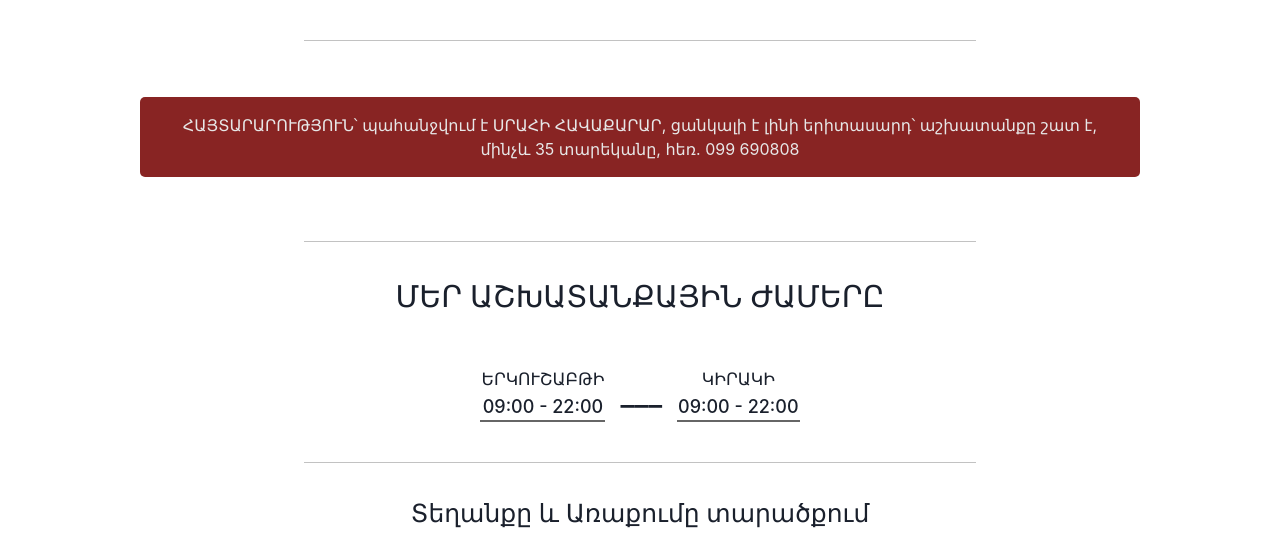
Repository: vahemar/xars
Page: /
The author's editor kept a copy of each file at every save. The page is drawn from the files as they stood at one save, then again after the next save.
The browser window is 1280 px wide. The pictures show the part of the page from y = 720 to 1263 px (the page is 3406 px tall before and 3430 px after).
Pictures or frames that could not be fetched are drawn as grey boxes. Some web fonts or font styles are not loaded; a fallback is used. Some web libraries are served in a nearby version. The project was rebuilt for these pictures with package versions that can differ from the ones it lists, and the page was loaded fresh each time. Also part of the build but not shown: vite.config.js, src/pages/Home/Delivery/index.jsx, src/pages/Menu/index.jsx.

Above is the page before, as saved 2025-06-18 00:48:10.

After the next save:
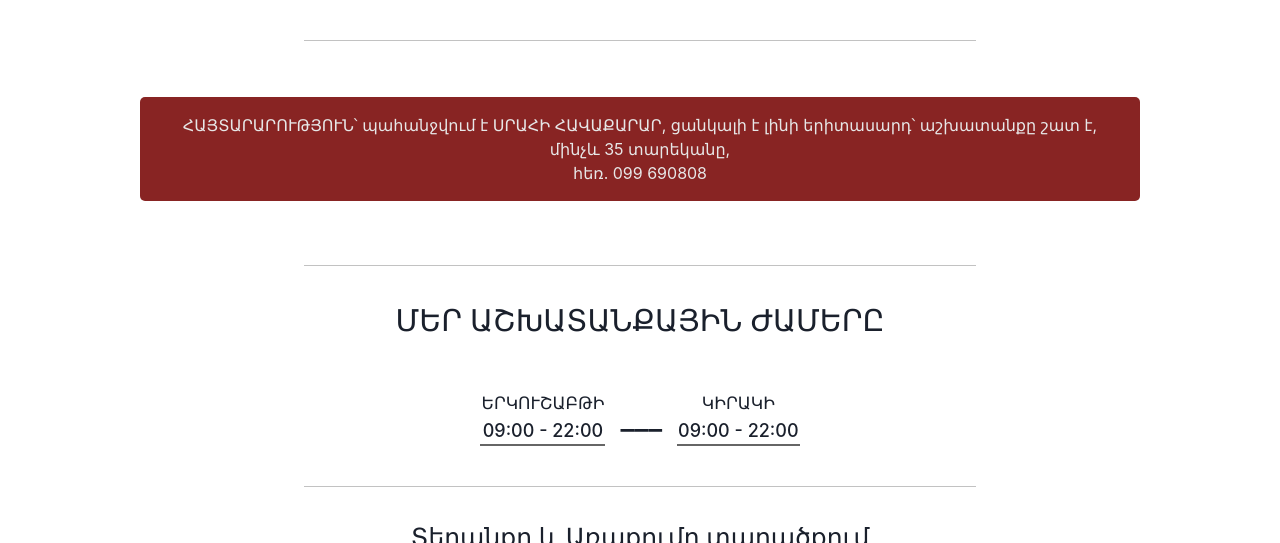
Saved 7 s later.
--- a/src/pages/Home/Attention/index.jsx
+++ b/src/pages/Home/Attention/index.jsx
@@ -5,7 +5,7 @@ function Attention() {
   return (
     <Flex mt={6} borderRadius={'5px'} p={4} maxW={'1000px'} w={'full'} bg={'#882423'} direction={'column'} justify={'center'} align={'center'}>
         <a href='tel:099690808'>
-        <Text color={'#E7E7E7'} _hover={{color: 'white'}} transition={'0.2s'} textAlign={'center'} cursor={'pointer'}>ՀԱՅՏԱՐԱՐՈՒԹՅՈՒՆ՝ պահանջվում է ՍՐԱՀԻ ՀԱՎԱՔԱՐԱՐ, ցանկալի է լինի երիտասարդ՝ աշխատանքը շատ է, մինչև 35 տարեկանը, հեռ. 099 690808 </Text>
+        <Text color={'#E7E7E7'} _hover={{color: 'white'}} transition={'0.2s'} textAlign={'center'} cursor={'pointer'}>ՀԱՅՏԱՐԱՐՈՒԹՅՈՒՆ՝ պահանջվում է ՍՐԱՀԻ ՀԱՎԱՔԱՐԱՐ, ցանկալի է լինի երիտասարդ՝ աշխատանքը շատ է, մինչև 35 տարեկանը, <br />հեռ. 099 690808 </Text>
         </a>
     </Flex>
   )
